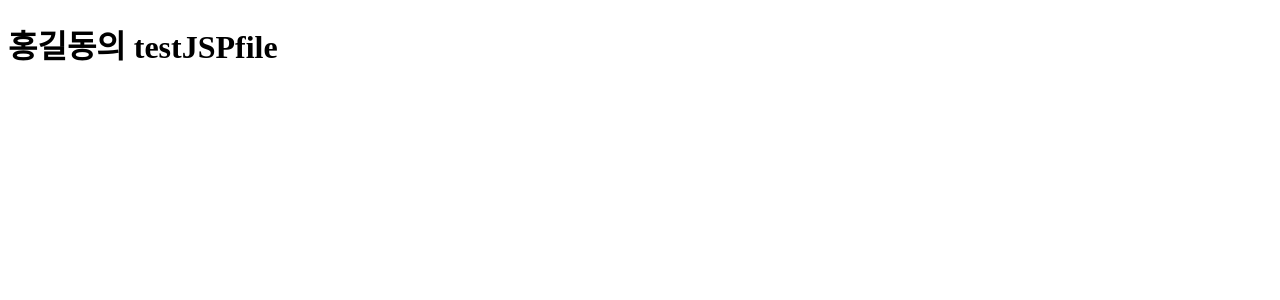
Repository: papepopopy/javascript
Page: http://localhost/webjsp/HelloJSP.jsp
An editor plug-in stored every save of this project. The page is shown before and after the next save, followed by the edit.
The browser window is 1280 px wide. The pictures show the whole page.
The page is served by Tomcat 9. Nobody is signed in. The application's start-up code is not run.

Above is the page before, as saved 2024-06-25 06:52:53.

After the next save:
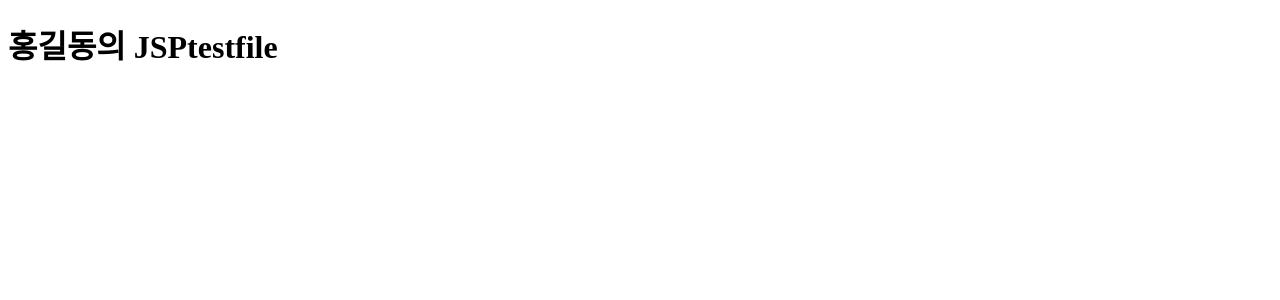
Saved 6 s later.
--- a/jspStudy/jspStudy/webjsp/src/main/webapp/HelloJSP.jsp
+++ b/jspStudy/jspStudy/webjsp/src/main/webapp/HelloJSP.jsp
@@ -11,6 +11,6 @@
 <title>Hello JSP</title>
 </head>
 <body>
-	<h1><%= name %>의 test<%= str1 %>file</h1>
+	<h1><%= name %>의 <%= str1 %>testfile</h1>
 </body>
 </html>
